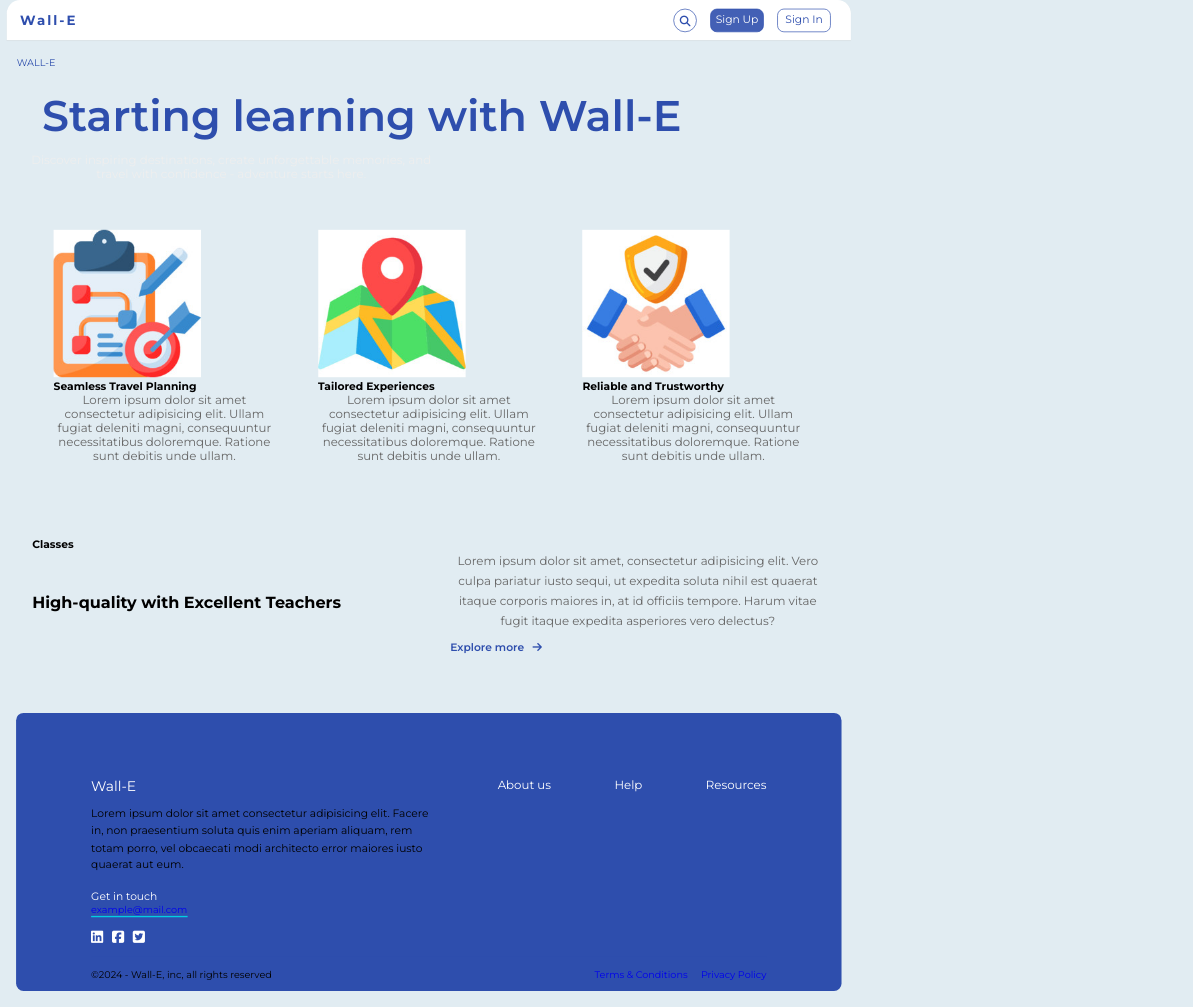
Repository: thanhnoone/SWP391
Page: http://localhost/guest
These files come from the project's save history. The page is drawn as it stood at one moment and after the next save; the edit follows.
The browser window is 1280 px wide. The page is 1280 px wide, then 1781 px, then 1280 px, so the pictures cover 1781 px, including what lies to the right of the window. The pictures show the whole page, at 67% of full size.
Some web libraries are served in a nearby version. The page is this project's Thymeleaf template; nobody is signed in. The template is opened directly, without the code that normally fills it, so the values that code supplies are empty.

Above is the page before, as saved 2024-05-23 06:01:02.

### Thanh20032003/src/main/resources/templates/guest.html
<!DOCTYPE html>
<html lang="en">
<head>
    <meta charset="UTF-8" />
    <title>Guest Page</title>
    <link rel="stylesheet" href="/css/styles.css" />
    <script src="https://kit.fontawesome.com/b99e675b6e.js"></script>
    <script src="https://code.jquery.com/jquery-3.4.1.min.js"></script>
</head>
<body>
    <div class="wrapper">
        <div class="top_navbar">
            <div class="top_menu">
                <div class="logo">Wall-E</div>
                <ul>
                    <li>
                        <a class="search" href="#"> <i class="fas fa-search"></i></a>
                    </li>
                    <li>
                        <a class="btn btn-sign-up" href="#">
                            Sign Up
                        </a>
                    </li>
                    <li>
                        <a class="btn btn-sign-in" href="#">
                            Sign In
                        </a>
                    </li>
                </ul>
            </div>
        </div>

        <div class="main_container">
            <div class="content">
                <h5>Wall-E</h5>
                <h1>Starting learning with Wall-E</h1>
                <p>Discover inspiring destinations, create unforgettable memories, and travel with confidence - adventure starts here.</p>
            </div>
        </div>
    </div>

    <!-- travel section starts here  -->
    <section class="travel">
        <div class="container">
            <div class="box box1">
                <img src="/images/planning.png" alt="">
                <div class="content">
                    <h4>Seamless Travel Planning</h4>
                    <p>Lorem ipsum dolor sit amet consectetur adipisicing elit. Ullam fugiat deleniti magni, consequuntur necessitatibus doloremque. Ratione sunt debitis unde ullam.</p>
                </div>
            </div>
            <div class="box box2">
                <img src="/images/map.png" alt="">
                <div class="content">
                    <h4>Tailored Experiences</h4>
                    <p>Lorem ipsum dolor sit amet consectetur adipisicing elit. Ullam fugiat deleniti magni, consequuntur necessitatibus doloremque. Ratione sunt debitis unde ullam.</p>
                </div>
            </div>
            <div class="box box3">
                <img src="/images/trust.png" alt="">
                <div class="content">
                    <h4>Reliable and Trustworthy</h4>
                    <p>Lorem ipsum dolor sit amet consectetur adipisicing elit. Ullam fugiat deleniti magni, consequuntur necessitatibus doloremque. Ratione sunt debitis unde ullam.</p>
                </div>
            </div>
        </div>
    </section>
    <!-- travel section ends here  -->

    <section class="destinations">
        <h4 class="label">Classes</h4>
        <div class="container">
            <div class="container-box">
                <h2 class="heading">High-quality with Excellent Teachers</h2>
                <div class="content">
                    <p>Lorem ipsum dolor sit amet, consectetur adipisicing elit. Vero culpa pariatur iusto sequi, ut expedita soluta nihil est quaerat itaque corporis maiores in, at id officiis tempore. Harum vitae fugit itaque expedita asperiores vero delectus?</p>
                    <a href="#">Explore more <i class="fa fa-arrow-right"></i></a>
                </div>
            </div>
        </div>
    </section>

    <!-- footer section starts here -->
    <footer>
        <section class="footer">
            <div class="container">
                <div class="detail">
                    <h3>Wall-E</h3>
                    <p>Lorem ipsum dolor sit amet consectetur adipisicing elit. Facere in, non praesentium soluta quis enim aperiam aliquam, rem totam porro, vel obcaecati modi architecto error maiores iusto quaerat aut eum.</p>
                    <h5>Get in touch</h5>
                    <a href="#">example@mail.com</a>
                    <div class="social">
                        <a href="#"><i class="fa fa-linkedin-square"></i></a>
                        <a href="#"><i class="fa fa-facebook-square"></i></a>
                        <a href="#"><i class="fa fa-twitter-square"></i></a>
                    </div>
                </div>
                <div class="about-us">
                    <h4>About us</h4>
                </div>
                <div class="about-us">
                    <h4>Help</h4>
                </div>
                <div class="about-us">
                    <h4>Resources</h4>
                </div>
            </div>

            <div class="copyright">
                <div>
                    &copy;2024 - Wall-E, inc, all rights reserved
                </div>
                <div>
                    <a href="#">Terms & Conditions</a>
                    <a href="#">Privacy Policy</a>
                </div>
            </div>
        </section>
    </footer>
    <!-- footer section ends here  -->
</body>
</html>

### Thanh20032003/src/main/resources/static/css/styles.css
@import url('https://fonts.googleapis.com/css?family=Montserrat:400,600,700&display=swap');

* {
  margin: 0;
  padding: 0;
  list-style: none;
  text-decoration: none;
  box-sizing: border-box;
  font-family: 'Montserrat', sans-serif;
}

body {
  background: #e1ecf2;
}

.wrapper {
  margin: 10px;
}

.wrapper .top_navbar {
  width: calc(100% - 20px);
  height: 60px;
  display: flex;
  position: fixed;
  top: 0px;
  right: 0px;
  left: 10px;
}

.wrapper .top_navbar .top_menu {
  width: 100%;
  border-top-left-radius: 20px;
  height: 100%;
  background: #fff;
  border-top-right-radius: 20px;
  display: flex;
  justify-content: space-between;
  align-items: center;
  padding: 0 20px;
  box-shadow: 0 1px 1px rgba(0, 0, 0, 0.1);
}

.wrapper .top_navbar .top_menu .logo {
  color: #2e4ead;
  font-size: 20px;
  font-weight: 700;
  letter-spacing: 3px;
}

.wrapper .top_navbar .top_menu ul {
  display: flex;
}

.wrapper .top_navbar .top_menu ul li .search {
  display: block;
  margin: 0 10px;
  width: 35px;
  height: 35px;
  line-height: 35px;
  text-align: center;
  border: 1px solid #2e4ead;
  border-radius: 50%;
  color: #2e4ead;
}

.wrapper .top_navbar .top_menu ul li .btn {
  display: block;
  margin: 0 10px;
  width: 80px;
  height: 35px;
  line-height: 32px;
  text-align: center;
  border: 1px solid #2e4ead;
  border-radius: 10px;
  color: #2e4ead;
}

.wrapper .top_navbar .top_menu ul li a:hover {
  background: #4360b5;
  color: #fff;
}

.wrapper .top_navbar .top_menu ul li a:hover i {
  color: #fff;
}

.wrapper .top_navbar .top_menu ul li .btn-sign-up {
  background: #4360b5;
  color: #fff;
}

.wrapper .top_navbar .top_menu ul li .btn-sign-up:hover {
  background: #fff;
  color: #4360b5;
}

.wrapper .main_container {
  width: calc(100% - 200px);
  margin-top: 70px;
  padding: 15px;
  transition: all 0.3s ease;
}

.wrapper .main_container .item {
  background: #fff;
  margin-bottom: 10px;
  padding: 15px;
  font-size: 14px;
  line-height: 22px;
}

.wrapper.collapse .main_container {
  width: calc(100% - 70px);
  margin-left: 70px;
}

/* Content section start here */
.content h5 {
  text-transform: uppercase;
  color: #2e4ead;
  font-size: 0.9rem;
  font-weight: 400;
  margin-bottom: 2rem;
}

.content h1 {
  font-size: 4rem;
  max-width: 100%;
  color: #2e4ead;
  text-align: center;
  font-weight: 600;
  line-height: 1.2;
  margin-bottom: 1rem;
}

.content p {
  color: #eee;
  font-weight: 300;
  max-width: 40rem;
  font-size: 1.1rem;
  text-align: center;
  margin-bottom: 2rem;
}

/* travel section starts here */
.travel {
  padding: 1rem 5rem;
}

.travel .container {
  width: 100%;
  display: flex;
  justify-content: space-between;
  align-items: center;
  gap: 4rem;
}

.travel .container .box p {
  color: #666;
}

/* destination section starts here */
.destinations {
  width: 100%;
  padding: 4rem 3rem;
}

.destinations .container {
  width: 100%;
}

.destinations .container .container-box {
  width: 100%;
  display: flex;
  align-items: center;
  justify-content: space-between;
  gap: 1rem;
}

.destinations .container .container-box .heading {
  max-width: 30rem;
}

.destinations .container .container-box .content {
  max-width: 35rem;
}

.destinations .container .container-box .content p {
  line-height: 1.7;
  color: #666;
  margin-bottom: 1rem;
}

.destinations .container .container-box .content a {
  color: #2e4ead;
  font-weight: 600;
}

.destinations .container .container-box .content a i {
  margin-left: 0.5rem;
}

.destinations .container .container-box .content a:hover i {
  margin-left: 0.1rem;
}

/* footer section starts here */
footer {
  padding: 1.5rem;
  width: 100%;
}

footer .footer {
  background: #2e4ead;
  border-radius: 0.7rem;
  padding: 6rem 7rem;
  padding-bottom: 1rem;
}

footer .footer .container {
  display: flex;
  justify-content: space-between;
  padding-bottom: 1rem;
  border-bottom: 1px solid rgba(46, 78, 173, 0.5);
  gap: 2rem;
}

footer .footer .container .detail {
  max-width: 32rem;
}

footer .footer .container .detail h3 {
  font-size: 1.3rem;
  font-weight: 500;
  margin-bottom: 1rem;
  color: #fff;
}

footer .footer .container .detail p {
  line-height: 1.6;
  color: rgb(255, 255, 255 / 80%);
  margin-bottom: 1.5rem;
}

footer .footer .container .detail h5 {
  font-size: 1rem;
  font-weight: 400;
  color: #fff;
}

footer .footer .container .detail a {
  color: rgb(255, 255, 255 / 80%);
  font-size: 0.9rem;
  border-bottom: 2px solid #00cee4;
  padding: 1px 0;
  display: inline-block;
}

footer .footer .container .detail .social {
  display: flex;
  gap: 0.8rem;
  margin-top: 1rem;
}

footer .footer .container .detail .social a {
  border: none;
  font-size: 1.3rem;
  color: #fff;
}

footer .footer .container h4 {
  font-size: 1.1rem;
  font-weight: 500;
  margin-bottom: 0.5rem;
  color: #fff;
}

footer .footer .container li {
  list-style: none;
  margin-top: 1rem;
}

footer .footer .container a {
  color: rgb(255, 255, 255 / 80%);
}

footer .footer .container a:hover {
  color: var(--white-color);
}

footer .footer .container span {
  color: #000;
  background: #00cee4;
  font-size: 0.9rem;
  padding: 0.1rem 0.5rem;
  border-radius: 0.3rem;
  font-weight: 500;
}

footer .footer .copyright {
  display: flex;
  justify-content: space-between;
  margin-top: 1rem;
  font-size: 0.9rem;
  color: rgb(255, 255, 255 / 80%);
  text-align: center;
}

footer .footer .copyright a {
  color: rgb(255, 255, 255 / 80%);
  margin-left: 1rem;
  text-align: center;
}
/* footer section ends here */

After the next save:
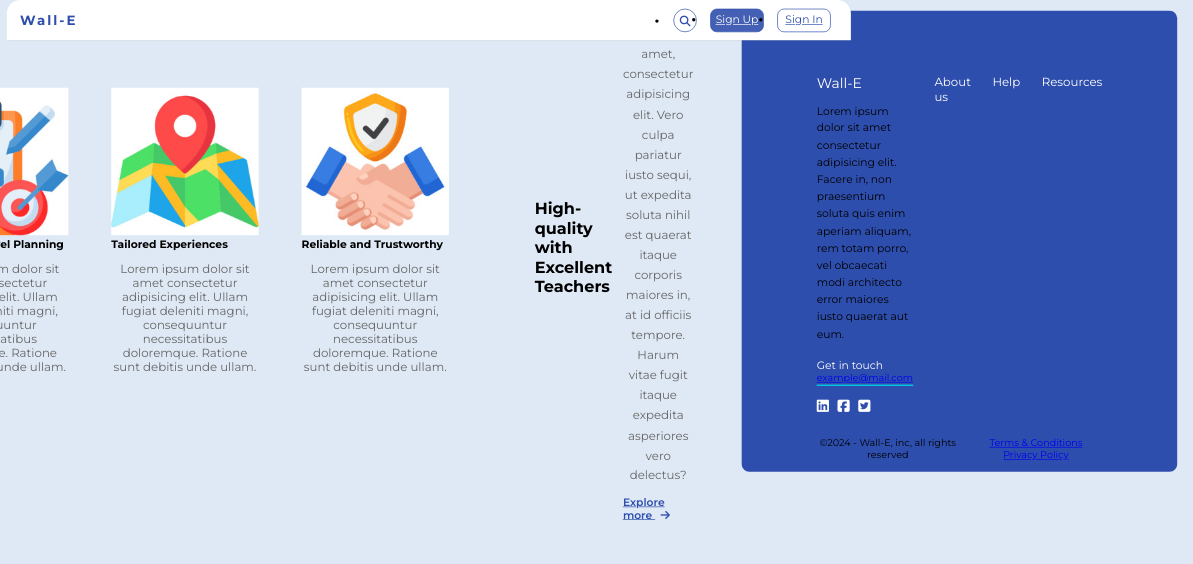
Saved 8 min 19 s later.
--- a/Thanh20032003/src/main/resources/static/css/styles.css
+++ b/Thanh20032003/src/main/resources/static/css/styles.css
@@ -1,20 +1,105 @@
 @import url('https://fonts.googleapis.com/css?family=Montserrat:400,600,700&display=swap');
 
+/* Reset some default browser styles */
 * {
   margin: 0;
   padding: 0;
-  list-style: none;
+  box-sizing: border-box;
+  font-family: "Montserrat", sans-serif;
+}
+
+body {
+  background: #dfe9f5;
+  display: flex;
+  justify-content: center;
+  align-items: center;
+  height: 100vh;
+}
+
+.wrapper {
+  width: 330px;
+  padding: 2rem 0 1rem 0;
+  margin: 50px auto;
+  background: #fff;
+  border-radius: 10px;
+  text-align: center;
+  box-shadow: 0 20px 35px rgba(0, 0, 0, 0.1);
+}
+
+h1 {
+  font-size: 2rem;
+  color: #07001f;
+}
+
+p {
+  margin-top: 1rem;
+  margin-bottom: 1.7rem;
+}
+
+form input {
+  width: 85%;
+  outline: none;
+  border: none;
+  background: #e1ecf2;
+  padding: 12px 14px;
+  margin-bottom: 10px;
+  border-radius: 10px;
+}
+
+.recover {
+  text-align: right;
+  font-size: 0.8rem;
+  margin: 0.2rem 1.7rem 0 0;
+}
+
+.recover a {
   text-decoration: none;
-  box-sizing: border-box;
-  font-family: 'Montserrat', sans-serif;
-}
-
-body {
-  background: #e1ecf2;
-}
-
-.wrapper {
-  margin: 10px;
+  color: #07001f;
+}
+
+.recover a:hover {
+  text-decoration: none;
+  color: #2e4ead;
+}
+
+.button {
+  font-size: 1.1rem;
+  margin-top: 1rem;
+  padding: 8px 0;
+  border-radius: 5px;
+  outline: none;
+  border: none;
+  width: 85%;
+  background: rgb(46, 78, 173);
+  color: #fff;
+  cursor: pointer;
+}
+
+.button:hover {
+  background: rgba(46, 78, 173, 0.767);
+}
+
+.or {
+  font-size: 0.8rem;
+  margin-top: 1.5rem;
+}
+
+.icons svg:hover {
+  cursor: pointer;
+}
+
+.not-member {
+  font-size: 0.8rem;
+  margin-top: 1.4rem;
+}
+
+.not-member a {
+  color: #2e4ead;
+  text-decoration: none;
+}
+
+a:hover {
+  text-decoration: underline;
 }
 
 .wrapper .top_navbar {
@@ -134,7 +219,7 @@
 }
 
 .content p {
-  color: #eee;
+  color: #666;
   font-weight: 300;
   max-width: 40rem;
   font-size: 1.1rem;
@@ -311,4 +396,3 @@
   margin-left: 1rem;
   text-align: center;
 }
-/* footer section ends here */

After the 2 saves that followed:
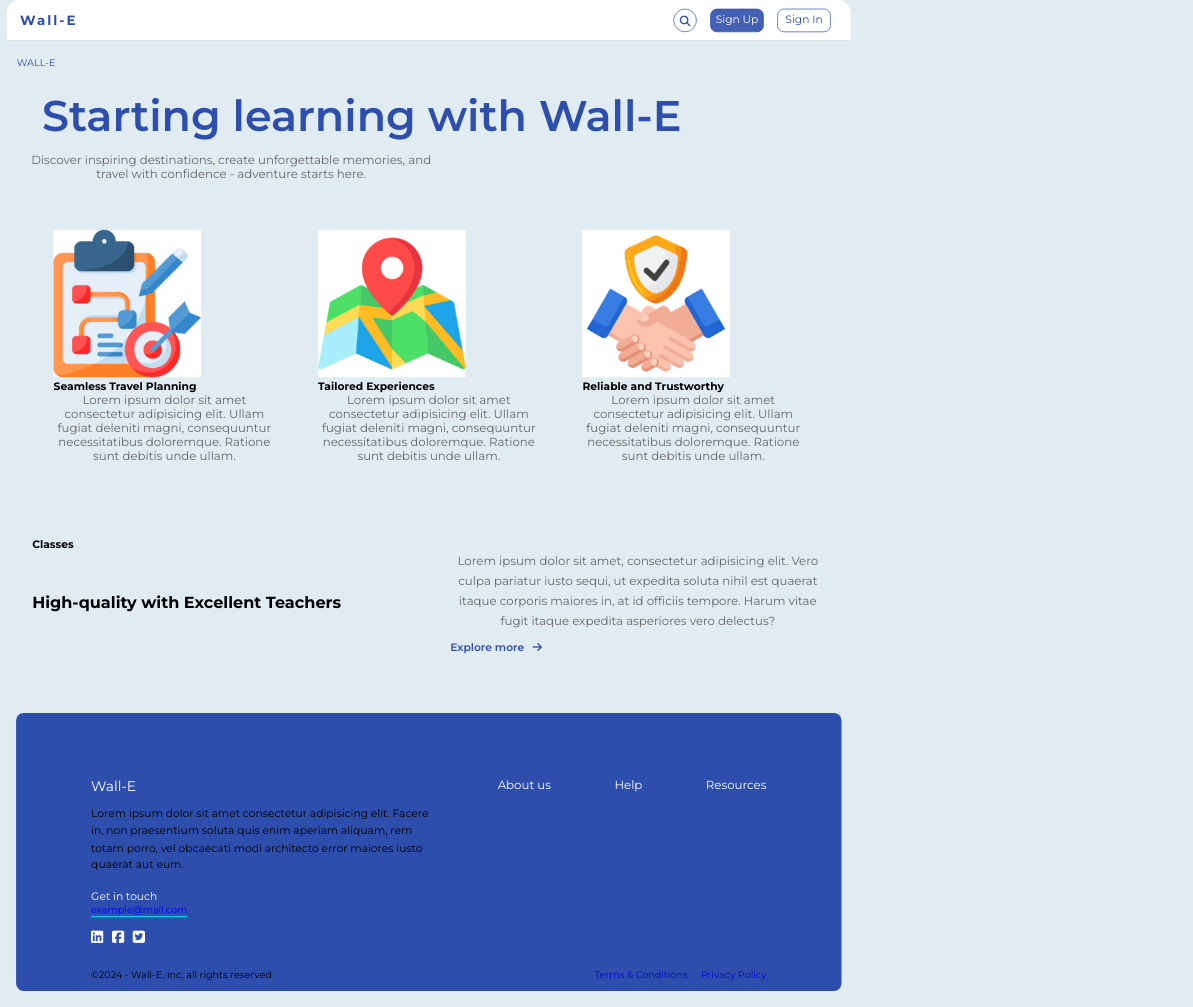
The 2 saves are shown as one change because 1 left the picture as it was.
The last was saved 3 min 15 s later.
--- a/Thanh20032003/src/main/resources/templates/guest.html
+++ b/Thanh20032003/src/main/resources/templates/guest.html
@@ -43,21 +43,21 @@
     <section class="travel">
         <div class="container">
             <div class="box box1">
-                <img src="/images/planning.png" alt="">
+                <img src="/images/planning.png" alt="Seamless Travel Planning">
                 <div class="content">
                     <h4>Seamless Travel Planning</h4>
                     <p>Lorem ipsum dolor sit amet consectetur adipisicing elit. Ullam fugiat deleniti magni, consequuntur necessitatibus doloremque. Ratione sunt debitis unde ullam.</p>
                 </div>
             </div>
             <div class="box box2">
-                <img src="/images/map.png" alt="">
+                <img src="/images/map.png" alt="Tailored Experiences">
                 <div class="content">
                     <h4>Tailored Experiences</h4>
                     <p>Lorem ipsum dolor sit amet consectetur adipisicing elit. Ullam fugiat deleniti magni, consequuntur necessitatibus doloremque. Ratione sunt debitis unde ullam.</p>
                 </div>
             </div>
             <div class="box box3">
-                <img src="/images/trust.png" alt="">
+                <img src="/images/trust.png" alt="Reliable and Trustworthy">
                 <div class="content">
                     <h4>Reliable and Trustworthy</h4>
                     <p>Lorem ipsum dolor sit amet consectetur adipisicing elit. Ullam fugiat deleniti magni, consequuntur necessitatibus doloremque. Ratione sunt debitis unde ullam.</p>
--- a/Thanh20032003/src/main/resources/static/css/styles.css
+++ b/Thanh20032003/src/main/resources/static/css/styles.css
@@ -1,105 +1,20 @@
 @import url('https://fonts.googleapis.com/css?family=Montserrat:400,600,700&display=swap');
 
-/* Reset some default browser styles */
 * {
   margin: 0;
   padding: 0;
+  list-style: none;
+  text-decoration: none;
   box-sizing: border-box;
-  font-family: "Montserrat", sans-serif;
+  font-family: 'Montserrat', sans-serif;
 }
 
 body {
-  background: #dfe9f5;
-  display: flex;
-  justify-content: center;
-  align-items: center;
-  height: 100vh;
+  background: #e1ecf2;
 }
 
 .wrapper {
-  width: 330px;
-  padding: 2rem 0 1rem 0;
-  margin: 50px auto;
-  background: #fff;
-  border-radius: 10px;
-  text-align: center;
-  box-shadow: 0 20px 35px rgba(0, 0, 0, 0.1);
-}
-
-h1 {
-  font-size: 2rem;
-  color: #07001f;
-}
-
-p {
-  margin-top: 1rem;
-  margin-bottom: 1.7rem;
-}
-
-form input {
-  width: 85%;
-  outline: none;
-  border: none;
-  background: #e1ecf2;
-  padding: 12px 14px;
-  margin-bottom: 10px;
-  border-radius: 10px;
-}
-
-.recover {
-  text-align: right;
-  font-size: 0.8rem;
-  margin: 0.2rem 1.7rem 0 0;
-}
-
-.recover a {
-  text-decoration: none;
-  color: #07001f;
-}
-
-.recover a:hover {
-  text-decoration: none;
-  color: #2e4ead;
-}
-
-.button {
-  font-size: 1.1rem;
-  margin-top: 1rem;
-  padding: 8px 0;
-  border-radius: 5px;
-  outline: none;
-  border: none;
-  width: 85%;
-  background: rgb(46, 78, 173);
-  color: #fff;
-  cursor: pointer;
-}
-
-.button:hover {
-  background: rgba(46, 78, 173, 0.767);
-}
-
-.or {
-  font-size: 0.8rem;
-  margin-top: 1.5rem;
-}
-
-.icons svg:hover {
-  cursor: pointer;
-}
-
-.not-member {
-  font-size: 0.8rem;
-  margin-top: 1.4rem;
-}
-
-.not-member a {
-  color: #2e4ead;
-  text-decoration: none;
-}
-
-a:hover {
-  text-decoration: underline;
+  margin: 10px;
 }
 
 .wrapper .top_navbar {
